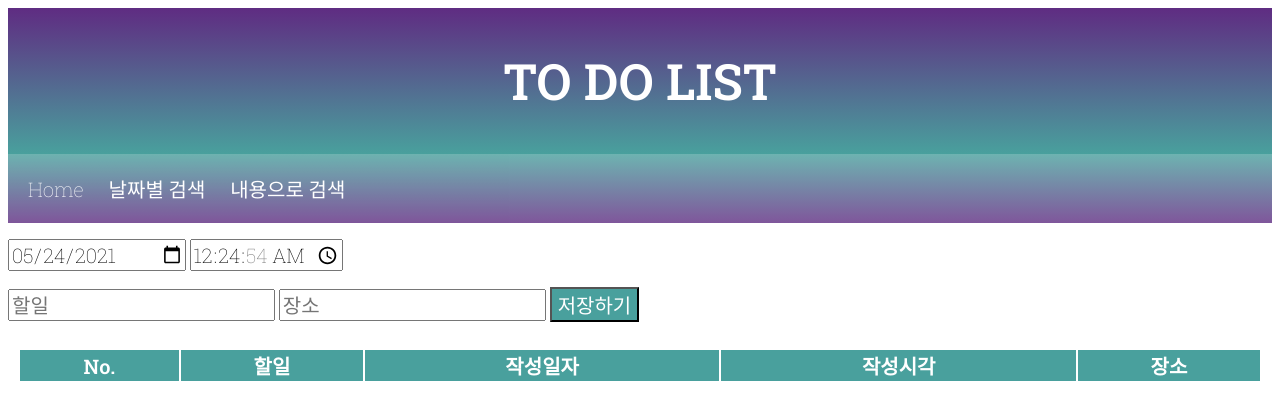
Repository: kimyoungjin98/Exam_Project
Page: http://localhost/Server_PR_TodoList/
The author's editor kept a copy of each file at every save. The page is drawn from the files as they stood at one save, then again after the next save.
The browser window is 1280 px wide. The pictures show the whole page.
Some web fonts or font styles are not loaded; a fallback is used. The page is served by Tomcat 9. Other server files are loaded and not shown. Queries for data that is not in the repository find no rows.

Above is the page before, as saved 2021-05-25 01:56:40.

### Server_PR_TodoList/src/main/webapp/WEB-INF/views/home.jsp
<%@ page language="java" contentType="text/html; charset=UTF-8"
    pageEncoding="UTF-8"%>
<%@ taglib uri="http://java.sun.com/jsp/jstl/core" prefix="c"%>
<c:set value="${pageContext.request.contextPath}" var="rootPath" />
<!DOCTYPE html>
<html>

<head>
<meta charset="UTF-8">
<title>어서오세요</title>
</head>
<script>
document.addEventListener("DOMContentLoaded",function(ev){

	document.querySelector("table")
	.addEventListener("click", function(ev){

		let tag = ev.target.tagName

		if(tag == "TD"){

			let seq = ev.target.closest("TR").dataset.seq

			document.location.href="${rootPath}/todo/view?td_seq=" + seq

		}

	})

})


</script>
<style>


@import url('https://fonts.googleapis.com/css2?family=Nanum+Myeongjo&family=Roboto+Slab:wght@100;600&display=swap');
* {
		font-family: 'Nanum Myeongjo', serif;
		font-family: 'Roboto Slab', serif;
	}

table {
	width:100%;
	text-align: center;
	margin:3px auto;
	font-size:20px;
	padding:10px;

}

table td{
	cursor:pointer;
	padding:5-%;


}

table td:hover{
	background-color: #49a09d;
	opacity: 0.5;
}

table div{
	border:1px solid #49a09d;
	outline:1px solid #49a09d;
}

table th{
	background-color:#49a09d;
	color:white;

}


</style>
<body>

	<%@ include file="/WEB-INF/views/banner.jsp" %>
	<p>
	<%@ include file="/WEB-INF/views/write.jsp" %>
	<p>
		<table>
		<div>
		<th>No.</th>
		<th>할일</th>
		<th>작성일자</th>
		<th>작성시각</th>
		<th>장소</th>
		</div>

		<c:forEach items="${TDLIST}" var="TD" varStatus="index">
			<tr data-seq="${TD.td_seq}">
				<td>${index.count}</td>
				<td>${TD.td_content}</td>
				<td>${TD.td_date}</td>
				<td>${TD.td_time}</td>
				<td>${TD.td_place}</td>
			</tr>

		</c:forEach>

	</table>

</body>
</html>

### Server_PR_TodoList/src/main/webapp/WEB-INF/views/banner.jsp
<%@ page language="java" contentType="text/html; charset=UTF-8"
    pageEncoding="UTF-8"%>
<%@ taglib uri="http://java.sun.com/jsp/jstl/core" prefix="c"%>
<c:set value="${pageContext.request.contextPath}" var="rootPath" />
<!DOCTYPE html>
<html>
<head>
<meta charset="UTF-8">
<title>Insert title here</title>
</head>
<script type="text/javascript">
document.addEventListener("DOMContentLoaded", function(){
	document.querySelector("nav").addEventListener("click",function(ev){

		let name = ev.target.textContent

		if(name == "Home"){

			document
			.location
			.href="${rootPath}"


		}


	})

})

</script>
<style>
@import url('https://fonts.googleapis.com/css2?family=Nanum+Myeongjo&family=Roboto+Slab:wght@100;600&display=swap');
* {
		font-family: 'Nanum Myeongjo', serif;
		font-family: 'Roboto Slab', serif;
	}

nav li:hover {

	cursor:pointer;

}

h1 {
	margin:auto;
	text-align: center;
	font-size:50px;
	background:linear-gradient(to bottom, #5f2c82, #49a09d);
	color:white;
	padding:40px;
}

nav {

	background:linear-gradient(to top, #5f2c82, #49a09d);
	opacity: 0.8;
	color:white;

	font-size:20px;


}

nav ul{
	margin:0px;
	padding:10px;
}

nav li{
	display:inline-block;
	list-style:none;
	padding:10px;
	margin:0;
}


</style>
<body>
	<h1>TO DO LIST</h1>

	<nav>
	<ul>
	<li>Home</li>
	<li>날짜별 검색</li>
	<li >내용으로 검색</li>

	</ul>


	</nav>
</body>
</html>

### Server_PR_TodoList/src/main/webapp/WEB-INF/views/write.jsp
<%@ page language="java" contentType="text/html; charset=UTF-8"
    pageEncoding="UTF-8"%>
<%@ taglib uri="http://java.sun.com/jsp/jstl/core" prefix="c"%>
<c:set value="${pageContext.request.contextPath}" var="rootPath" />
<!DOCTYPE html>
<html>
<head>
<meta charset="UTF-8">
<title>Insert title here</title>
</head>
<script type="text/javascript">
document.addEventListener("DOMContentLoaded", function(ev){
	document.querySelector("button")
	.addEventListener("click",function(ev){

		let name = ev.target.className

		let td_date = document.querySelector("input[name='td_date']")
		let td_time = document.querySelector("input[name='td_time']")
		let td_content = document.querySelector("input[name='td_content']")
		let td_place = document.querySelector("input[name='td_place']")

		if(td_content.value == ""){

			alert("할일을 입력하세요 !")

			return false;
			}

			document.querySelector("form").submit();

	})

})

</script>
<style>

@import url('https://fonts.googleapis.com/css2?family=Nanum+Myeongjo&family=Roboto+Slab:wght@100;600&display=swap');
.jm-font {
		font-family: 'Nanum Myeongjo', serif;
	font-family: 'Roboto Slab', serif;
	}

	label{
		font-size:20px;
	}

	input{
		font-size:20px;
	}

	button{
		background-color: #49a09d;
		color:white;
		font-size:20px;
		cursor:pointer;
	}


</style>
<body>



	<form method="POST" class="1">

	<input name="td_date" placeholder="작성일자" type="date" value="${TD.td_date}">
	<input name="td_time" placeholder="작성시각" type="time" value="${TD.td_time}"><p>
	<input name="td_content" placeholder="할일" value="${TD.td_content}"></input>
	<input name="td_place" placeholder="장소" value="${TD.td_place}">

		<button type="button">저장하기</button>
	</form>

</body>
</html>

### Server_PR_TodoList/src/main/java/com/callor/todo/controller/HomeController.java
package com.callor.todo.controller;

import java.io.IOException;
import java.text.SimpleDateFormat;
import java.util.Date;
import java.util.List;

import javax.servlet.ServletException;
import javax.servlet.annotation.WebServlet;
import javax.servlet.http.HttpServlet;
import javax.servlet.http.HttpServletRequest;
import javax.servlet.http.HttpServletResponse;

import com.callor.todo.model.TodoVO;
import com.callor.todo.service.TodoService;
import com.callor.todo.service.impl.TodoServiceImplV1;

@WebServlet("/")
public class HomeController extends HttpServlet{

	protected TodoService tdService;

	public HomeController() {

		tdService = new TodoServiceImplV1();

	}

	@Override
	protected void doGet(HttpServletRequest req, HttpServletResponse resp) throws ServletException, IOException {


		List<TodoVO> tdList = tdService.selectAll();

		req.setAttribute("TDLIST", tdList);

		SimpleDateFormat sDate = new SimpleDateFormat("yyyy-MM-dd");
		SimpleDateFormat sTime = new SimpleDateFormat("HH:mm:ss");
		Date date = new Date(System.currentTimeMillis());

		TodoVO tdVO = new TodoVO();

		tdVO.setTd_date(sDate.format(date));
		tdVO.setTd_time(sTime.format(date));

		req.setAttribute("TD", tdVO);

		ReqController.forward(resp, req, "home");

	}

	@Override
	protected void doPost(HttpServletRequest req, HttpServletResponse resp) throws ServletException, IOException {


		req.setCharacterEncoding("UTF-8");

		String td_date = req.getParameter("td_date");
		String td_content = req.getParameter("td_content");
		String td_time = req.getParameter("td_time");
		String td_place = req.getParameter("td_place");

		TodoVO tdVO = new TodoVO();

		tdVO.setTd_content(td_content);
		tdVO.setTd_date(td_date);
		tdVO.setTd_place(td_place);
		tdVO.setTd_time(td_time);

		tdService.insert(tdVO);

		System.out.println(tdVO.toString());

		resp.sendRedirect("/todo/");

	}

}

### Server_PR_TodoList/src/main/java/com/callor/todo/service/impl/TodoServiceImplV1.java
package com.callor.todo.service.impl;

import java.sql.Connection;
import java.sql.PreparedStatement;
import java.sql.ResultSet;
import java.sql.SQLException;
import java.util.ArrayList;
import java.util.List;

import com.callor.todo.config.DBConnect;
import com.callor.todo.model.TodoVO;
import com.callor.todo.service.TodoService;
import com.mysql.cj.x.protobuf.MysqlxPrepare.Prepare;

public class TodoServiceImplV1 implements TodoService {

	protected Connection dbConn;

	public TodoServiceImplV1() {

		dbConn = DBConnect.getDB();

	}

	protected List<TodoVO> select(PreparedStatement pStr) throws SQLException {

		List<TodoVO> tdList = new ArrayList<TodoVO>();
		ResultSet rSet = pStr.executeQuery();

		while (rSet.next()) {

			TodoVO tdVO = new TodoVO();

			tdVO.setTd_content(rSet.getString("td_content"));
			tdVO.setTd_date(rSet.getString("td_date"));
			tdVO.setTd_place(rSet.getString("td_place"));
			tdVO.setTd_time(rSet.getString("td_time"));
			tdVO.setTd_seq(rSet.getLong("td_seq"));
			tdList.add(tdVO);

		}

		return tdList;
	}

	@Override
	public List<TodoVO> selectAll() {
		// TODO Auto-generated method stub

		String sql = " SELECT * FROM tbl_todo ";

		PreparedStatement pStr = null;

		try {

			pStr = dbConn.prepareStatement(sql);
			List<TodoVO> tdList = this.select(pStr);


			return tdList;

		} catch (SQLException e) {
			// TODO Auto-generated catch block
			e.printStackTrace();
		}

		return null;
	}

	@Override
	public TodoVO findById(Long td_seq) {
		// TODO Auto-generated method stub

		String sql = " SELECT * FROM tbl_todo ";
		sql += " WHERE td_seq = ? ";

		PreparedStatement pStr = null;

		try {
			pStr = dbConn.prepareStatement(sql);
			pStr.setLong(1, td_seq);

			List<TodoVO> tdList = this.select(pStr);

			if(tdList != null && tdList.size() > 0) {

				return tdList.get(0);
			}

		} catch (SQLException e) {
			// TODO Auto-generated catch block
			e.printStackTrace();
		}

		return null;
	}

	@Override
	public Integer insert(TodoVO tdVO) {
		// TODO Auto-generated method stub

		String sql = " INSERT INTO tbl_todo ";
		sql += " (td_content, td_date, td_time, td_place) ";
		sql += " VALUES(?,?,?,?) ";

		PreparedStatement pStr = null;

		try {
			pStr = dbConn.prepareStatement(sql);
			pStr.setString(1, tdVO.getTd_content());
			pStr.setString(2, tdVO.getTd_date());
			pStr.setString(3, tdVO.getTd_time());
			pStr.setString(4, tdVO.getTd_place());

			return pStr.executeUpdate();



		} catch (SQLException e) {
			// TODO Auto-generated catch block
			e.printStackTrace();
		}

		return null;
	}

	@Override
	public Integer update(TodoVO tdVO) {
		// TODO Auto-generated method stub

		String sql = " UPDATE tbl_todo SET ";
		sql += " td_content = ?, ";
		sql += " td_date = ?, ";
		sql += " td_time = ?, ";
		sql += " td_place = ? ";
		sql += " WHERE td_seq = ? ";

		PreparedStatement pStr = null;

		try {
			pStr = dbConn.prepareStatement(sql);
			pStr.setString(1, tdVO.getTd_content());
			pStr.setString(2, tdVO.getTd_date());
			pStr.setString(3, tdVO.getTd_time());
			pStr.setString(4, tdVO.getTd_place());
			pStr.setLong(5, tdVO.getTd_seq());


			return pStr.executeUpdate();


		} catch (SQLException e) {
			// TODO Auto-generated catch block
			e.printStackTrace();
		}

		return null;
	}

	@Override
	public Integer delete(Long td_seq) {
		// TODO Auto-generated method stub

		String sql = " DELETE FROM tbl_todo ";
		sql += " WHERE td_seq = ? ";

		PreparedStatement pStr = null;

		try {
			pStr = dbConn.prepareStatement(sql);
			pStr.setLong(1, td_seq);

			return pStr.executeUpdate();
		} catch (SQLException e) {
			// TODO Auto-generated catch block
			e.printStackTrace();
		}



		return null;
	}

}

### Server_PR_TodoList/src/main/java/com/callor/todo/config/DBConnect.java
package com.callor.todo.config;

import java.sql.Connection;
import java.sql.DriverManager;
import java.sql.SQLException;

public class DBConnect {

	private static Connection dbConn;

	static {

		String driver = "com.mysql.cj.jdbc.Driver";
		String url = "jdbc:mysql://localhost:3306/todo";
		String user = "todoList";
		String pw = "1234";

		try {
			Class.forName(driver);

			if (dbConn == null) {
				dbConn = DriverManager.getConnection(url, user, pw);
			}

			System.out.println("DB 접속 성공");

		} catch (ClassNotFoundException e) {
			// TODO Auto-generated catch block
			e.printStackTrace();
		} catch (SQLException e) {
			// TODO Auto-generated catch block
			e.printStackTrace();
		}

	}

	public static Connection getDB() {

		return dbConn;
	}

}

### Server_PR_TodoList/src/main/java/com/callor/todo/model/TodoVO.java
package com.callor.todo.model;

import lombok.AllArgsConstructor;
import lombok.Getter;
import lombok.NoArgsConstructor;
import lombok.Setter;
import lombok.ToString;

@Getter
@Setter
@ToString
@AllArgsConstructor
@NoArgsConstructor
public class TodoVO {

	private Long td_seq;
	private String td_place;
	private String td_date;
	private String td_time;
	private String td_content;

}

### Server_PR_TodoList/src/main/java/com/callor/todo/controller/ReqController.java
package com.callor.todo.controller;

import java.io.IOException;

import javax.servlet.ServletException;
import javax.servlet.http.HttpServlet;
import javax.servlet.http.HttpServletRequest;
import javax.servlet.http.HttpServletResponse;

public class ReqController extends HttpServlet{

	public static void forward(HttpServletResponse res, HttpServletRequest req, String file) throws ServletException, IOException {

		String root = "/WEB-INF/views/" + file + ".jsp";

		req.getRequestDispatcher(root).forward(req, res);

	}

}

After the next save:
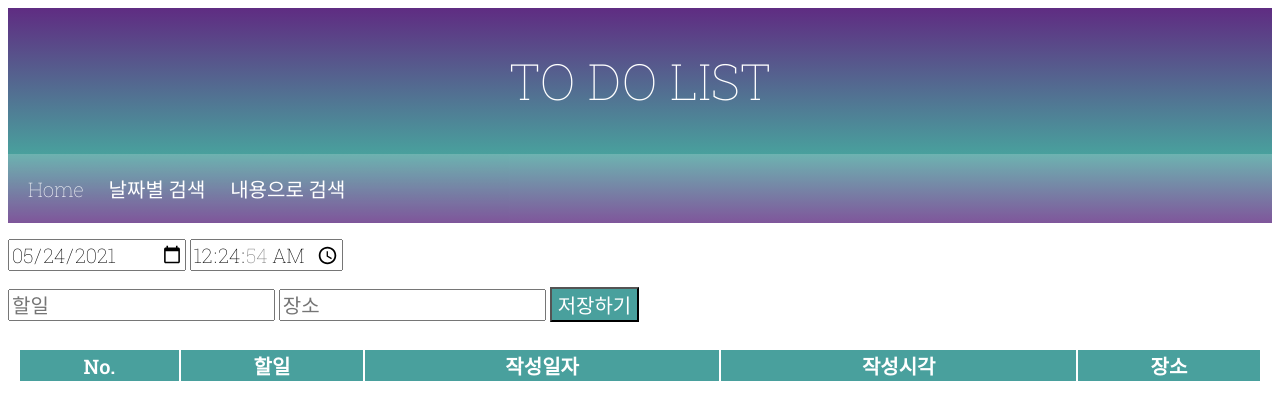
Saved 18 s later.
--- a/Server_PR_TodoList/src/main/webapp/WEB-INF/views/banner.jsp
+++ b/Server_PR_TodoList/src/main/webapp/WEB-INF/views/banner.jsp
@@ -49,6 +49,7 @@ h1 {
 	background:linear-gradient(to bottom, #5f2c82, #49a09d);
 	color:white;
 	padding:40px;
+	font-weight: lighter;
 }
 
 nav {
